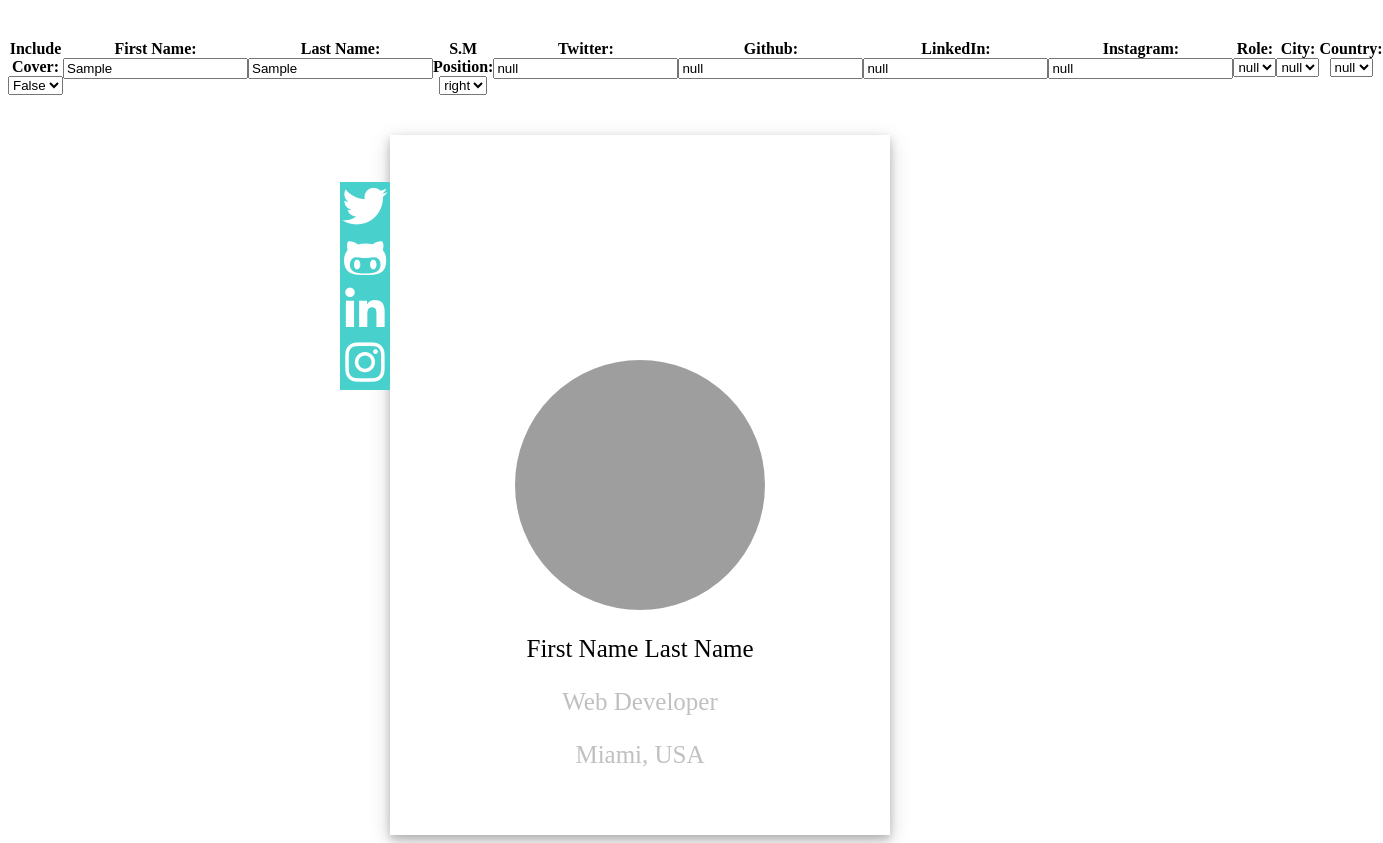
Repository: DJaye33/conditional-profile-card
Page: index.html
The author's editor kept a record of every edit. The page is drawn from the files as they stood at one moment, then again after the next edit.
The browser window is 1280 px wide. The page is 1383 px wide, so the pictures cover 1383 px, including what lies to the right of the window. The pictures show the whole page.
Empty fields were first filled with sample values (such as "Sample", 5 or name@example.com).
After loading, the first visible `#social-position` was changed once.
Pictures or frames that could not be fetched are drawn as grey boxes. Some web libraries are served in a nearby version.

Above is the page before.

After the next edit:
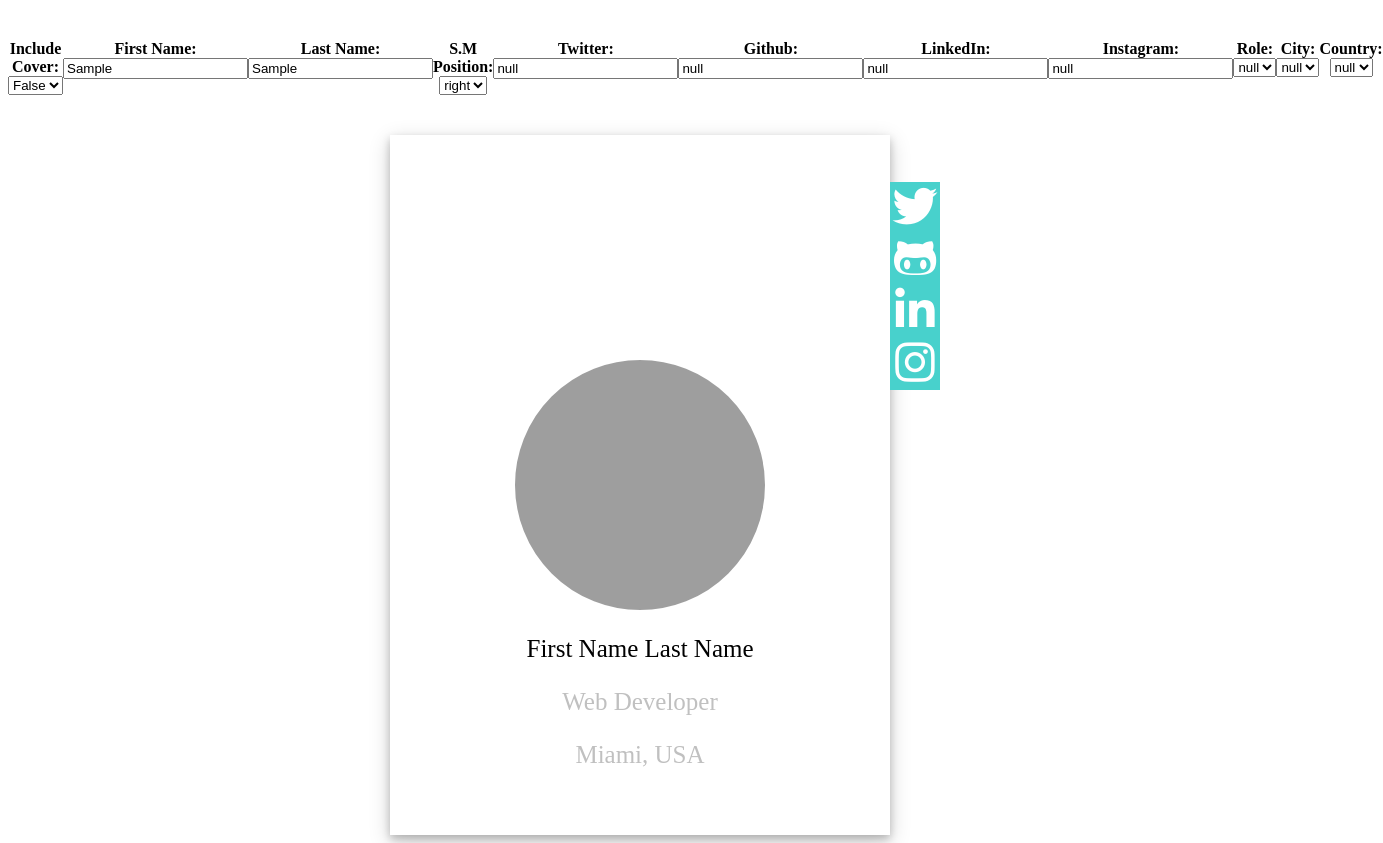
The edit:
--- a/profileCard.css
+++ b/profileCard.css
@@ -75,7 +75,7 @@
 .right {
     position: absolute;
     list-style-type: none;
-    right: 100%;
+    margin-left: 100%;
     padding: 0;
     bottom: 400px;
 }
